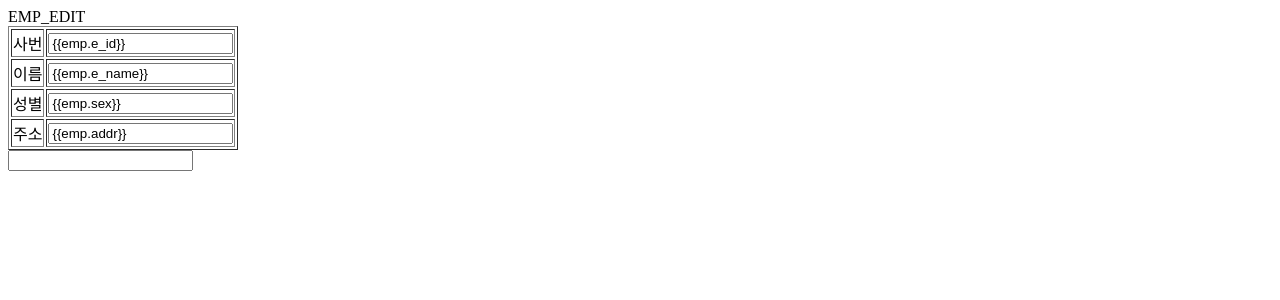
Repository: YOUNARAE/Python
Page: HELLO_PYTHON/day10/templates/emp_add.html
An editor plug-in stored every save of this project. The page is shown before and after the next save, followed by the edit.
The browser window is 1280 px wide. The pictures show the whole page.

Above is the page before, as saved 2022-12-07 01:34:04.

After the next save:
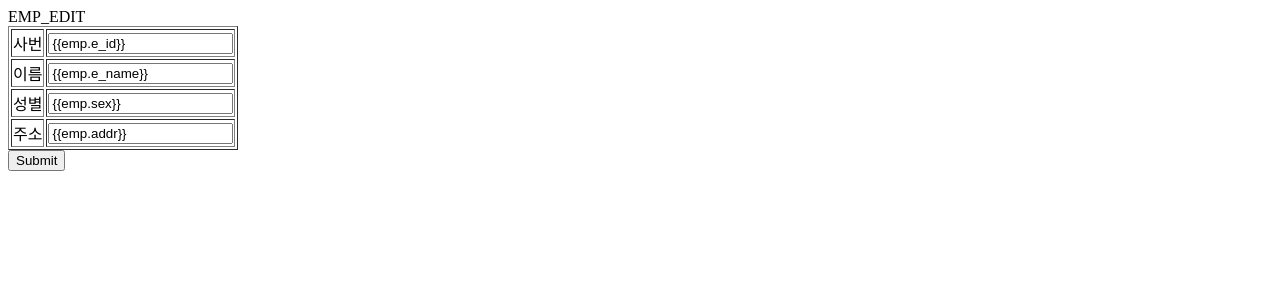
Saved 11 s later.
--- a/HELLO_PYTHON/day10/templates/emp_add.html
+++ b/HELLO_PYTHON/day10/templates/emp_add.html
@@ -27,7 +27,7 @@ EMP_EDIT
 			<td><input type="text" name="" value="{{emp.addr}}"></td>
 		</tr>
 	</table>
-	<input type=""
+	<input type="submit">
 </form>
 </body>
 </html>
